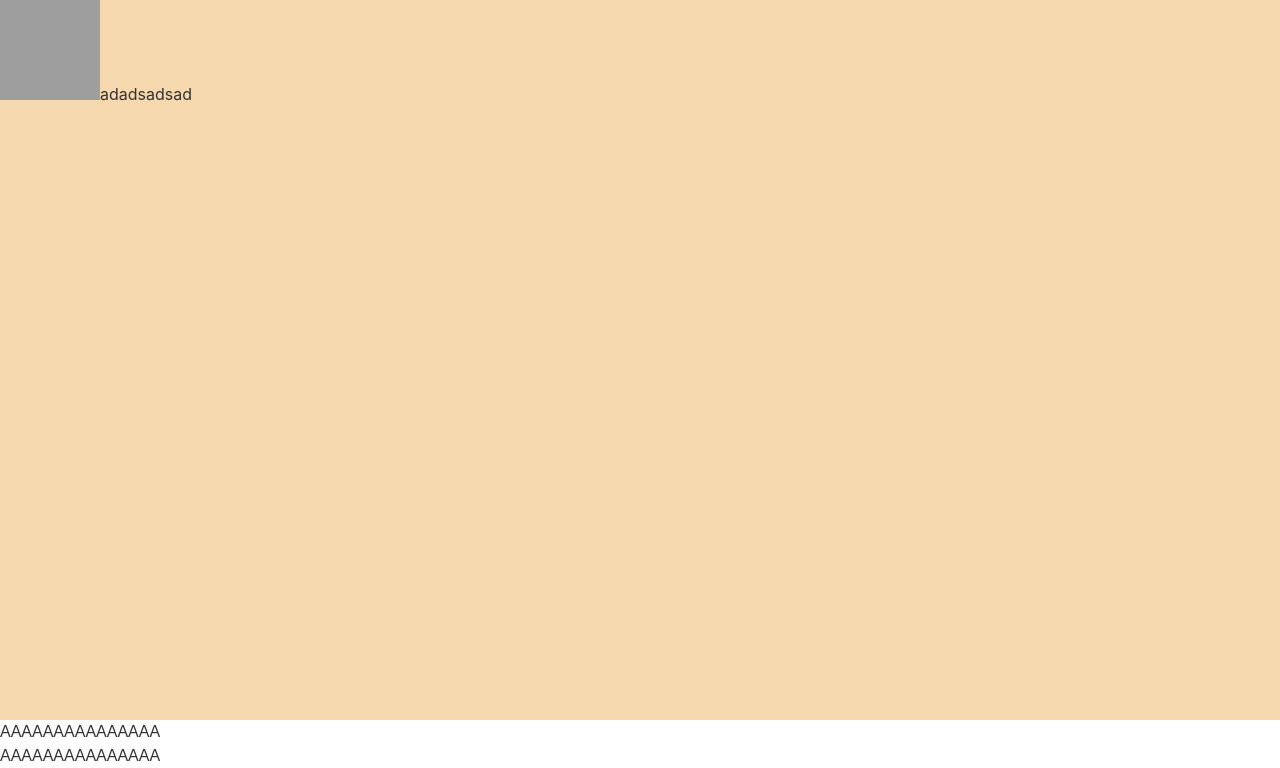
Repository: Grand-Line-PNV/FE-BIBooking
Page: /
An editor plug-in stored every save of this project. The page is shown before and after a run of saves, followed by the edit.
The browser window is 1280 px wide. The pictures show the whole page.
Pictures or frames that could not be fetched are drawn as grey boxes. The project was rebuilt for these pictures with package versions that can differ from the ones it lists, and the page was loaded fresh each time. Also part of the build but not shown: src/App.css, src/components/Button/Button.module.scss, src/components/Button/Button.js.

Above is the page before, as saved 2023-02-05 15:52:00.

### public/index.html
<!DOCTYPE html>
<html lang="en">

<head>
  <meta charset="utf-8" />
  <link rel="icon" href="%PUBLIC_URL%/logoBIBooking.png" />
  <meta name="viewport" content="width=device-width, initial-scale=1" />
  <meta name="theme-color" content="#000000" />
  <meta name="description" content="Web site created using create-react-app" />
  <link rel="apple-touch-icon" href="%PUBLIC_URL%/logoBIBooking.png" />
  <!--
      manifest.json provides metadata used when your web app is installed on a
      user's mobile device or desktop. See https://developers.google.com/web/fundamentals/web-app-manifest/
    -->
  <link rel="manifest" href="%PUBLIC_URL%/manifest.json" />
  <!--
      Notice the use of %PUBLIC_URL% in the tags above.
      It will be replaced with the URL of the `public` folder during the build.
      Only files inside the `public` folder can be referenced from the HTML.

      Unlike "/favicon.ico" or "favicon.ico", "%PUBLIC_URL%/favicon.ico" will
      work correctly both with client-side routing and a non-root public URL.
      Learn how to configure a non-root public URL by running `npm run build`.
    -->
  <title>B&IBooking</title>
</head>

<body>
  <noscript>You need to enable JavaScript to run this app.</noscript>
  <div id="root"></div>
  <!--
      This HTML file is a template.
      If you open it directly in the browser, you will see an empty page.

      You can add webfonts, meta tags, or analytics to this file.
      The build step will place the bundled scripts into the <body> tag.

      To begin the development, run `npm start` or `yarn start`.
      To create a production bundle, use `npm run build` or `yarn build`.
    -->
</body>

</html>

### src/App.js
import "./App.css";
import { Provider } from "react-redux";
import store from "./redux";
import { faChevronLeft } from "@fortawesome/free-solid-svg-icons";
import { FontAwesomeIcon } from "@fortawesome/react-fontawesome";
import classNames from "classnames/bind";
import Button from "./components/Button/Button";
import PersonalInformation from "../src/view/pages/Influencers/PersonalInformation/index";

const cx = classNames.bind();

function App() {
  return (
    <Provider store={store}>
      <PersonalInformation />
    </Provider>
  );
}

export default App;

### src/styles/GlobalStyles.js
import "./GlobalStyles.scss";

function GlobalStyles({ children }) {
  return children;
}
export default GlobalStyles;

### src/redux/index.js
import { configureStore } from "@reduxjs/toolkit";

const store = configureStore({
	reducer: {
	},
});

export default store;

### src/view/pages/Influencers/PersonalInformation/index.js
import React from "react";
import classNames from "classnames/bind";
import styles from "./PersonalInformation.module.scss";

const cx = classNames.bind(styles);

export default function PersonalInformation() {
  return (
    <>
      <div>
        <div className={cx("PersonalInfor__page")}>
          <img
            style={{ width: "100px", height: "100px", objectFit: "cover" }}
            src="../../../../assets/img/LogoB&IBooking.png"
            alt="..."
          />
          adadsadsad
        </div>
        <div className={cx("")}>
          <div className={cx("")}>
            <p>AAAAAAAAAAAAAAA</p>
          </div>
          <div className={cx("")}>
            <p>AAAAAAAAAAAAAAA</p>
          </div>
        </div>
      </div>
    </>
  );
}

### src/styles/GlobalStyles.scss
:root{
    --white:  rgba(255, 255, 255, 1.0);
    --primary: #fe2c55;
    --black: #000;
    --text-color: #333;
}
*{
    margin: 0;
    padding: 0;
    box-sizing: border-box;
}
html{
    font-size:62.5%;
}
body{
    text-rendering: optimizeSpeed;
    font-family: 'ProximaNova', sans-serif;
    font-size: 1.6rem;
    line-height: 1.5;
    color: var(--text-color)
}
button, input,[tabindex]{
    outline: none;
    border: none;
}
a[href]{
    color: var(--text-color);
    text-decoration: none
}

### src/view/pages/Influencers/PersonalInformation/PersonalInformation.module.scss
:root {
    // color
    --Wheat-color: #f5d8ae;
    --Linear-orange-color: linear-gradient(180deg, #F0A237 0%, #F16736 50.31%, #ED3237 100%);
    --Inter-font-family: 'Inter', sans-serif;
}
.PersonalInfor__page{
    width: 100%;
    height: 100vh;
    background-color: var(--Wheat-color);
    font-family: var(--Inter-font-family);
}

Loaded but not shown: src/index.js (common file); src/index.css (common file); src/reportWebVitals.js (common file)

After the next 2 saves:
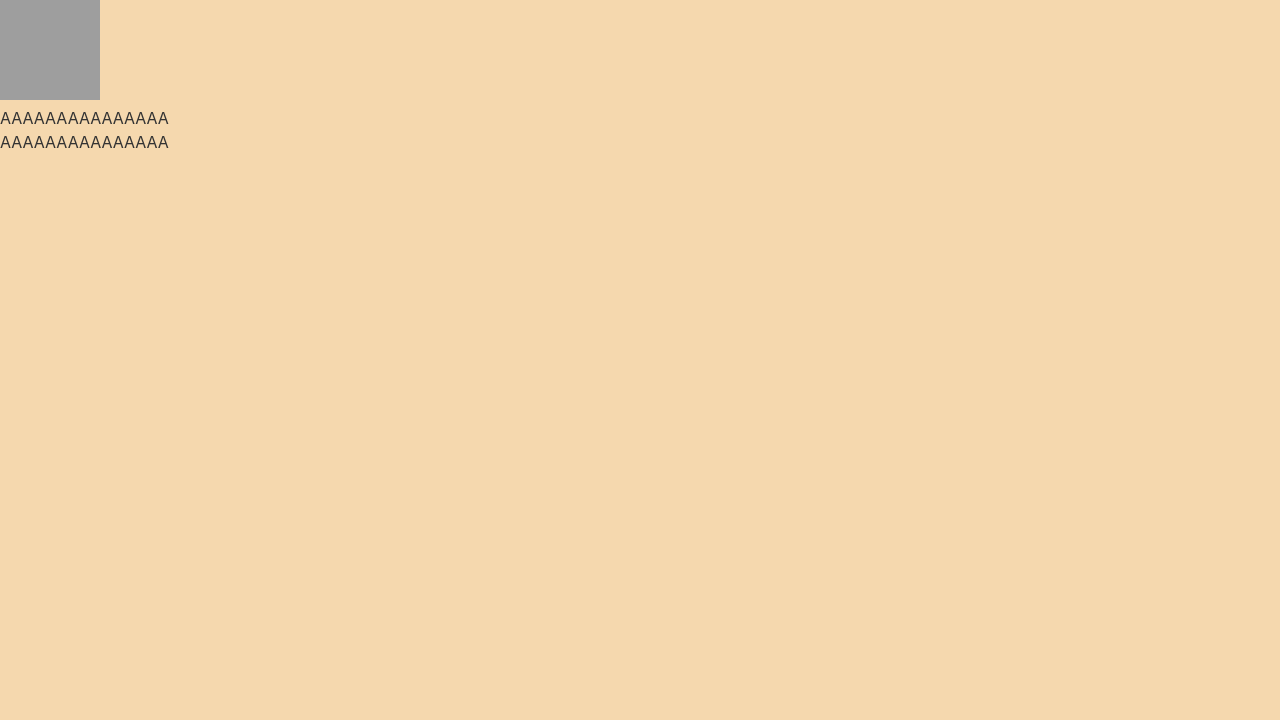
The 2 saves are shown as one change because they came seconds apart.
The last was saved 37 s later.
--- a/src/view/pages/Influencers/PersonalInformation/index.js
+++ b/src/view/pages/Influencers/PersonalInformation/index.js
@@ -14,14 +14,13 @@ export default function PersonalInformation() {
             src="../../../../assets/img/LogoB&IBooking.png"
             alt="..."
           />
-          adadsadsad
-        </div>
-        <div className={cx("")}>
           <div className={cx("")}>
-            <p>AAAAAAAAAAAAAAA</p>
-          </div>
-          <div className={cx("")}>
-            <p>AAAAAAAAAAAAAAA</p>
+            <div className={cx("")}>
+              <p>AAAAAAAAAAAAAAA</p>
+            </div>
+            <div className={cx("")}>
+              <p>AAAAAAAAAAAAAAA</p>
+            </div>
           </div>
         </div>
       </div>
